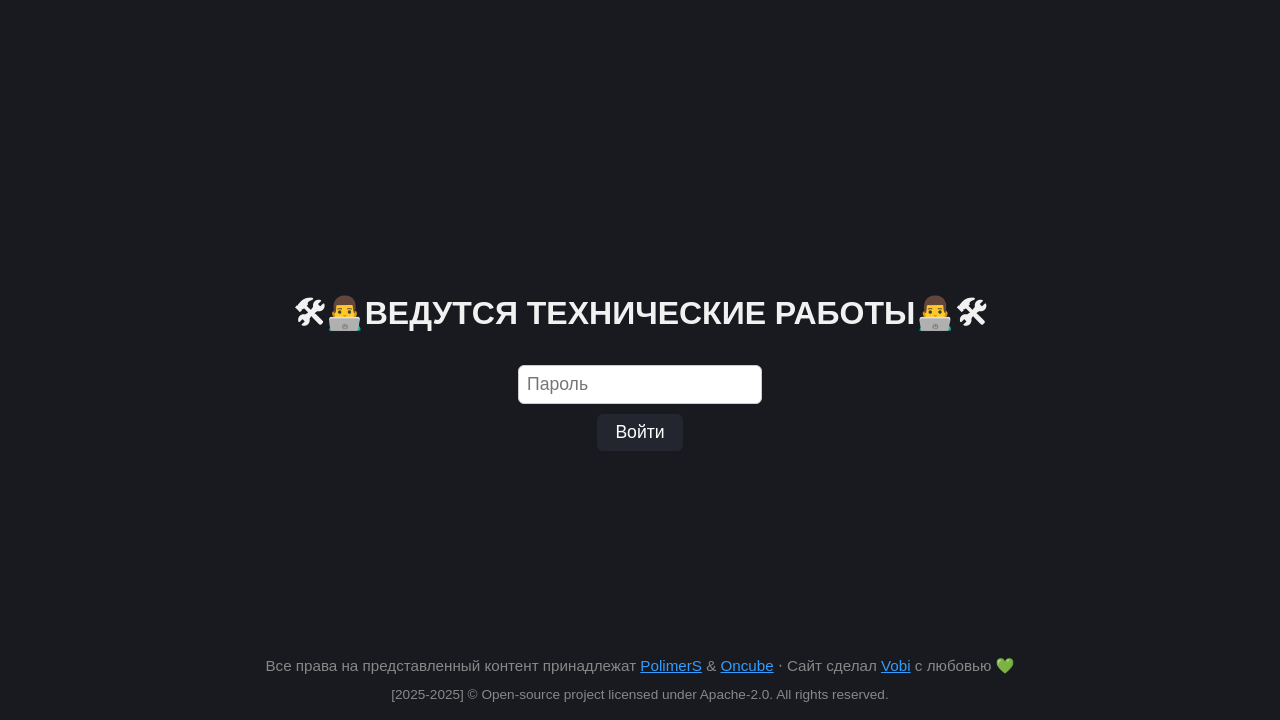
Repository: oncube-dev/OnCube-dev_website
Page: files_for_hosting/html_plus_js.version/index.html
The author's editor kept a copy of each file at every save. The page is drawn from the files as they stood at one save, then again after the next save.
The browser window is 1280 px wide. The pictures show the whole page.

Above is the page before, as saved 2025-07-28 16:09:36.

After the next save:
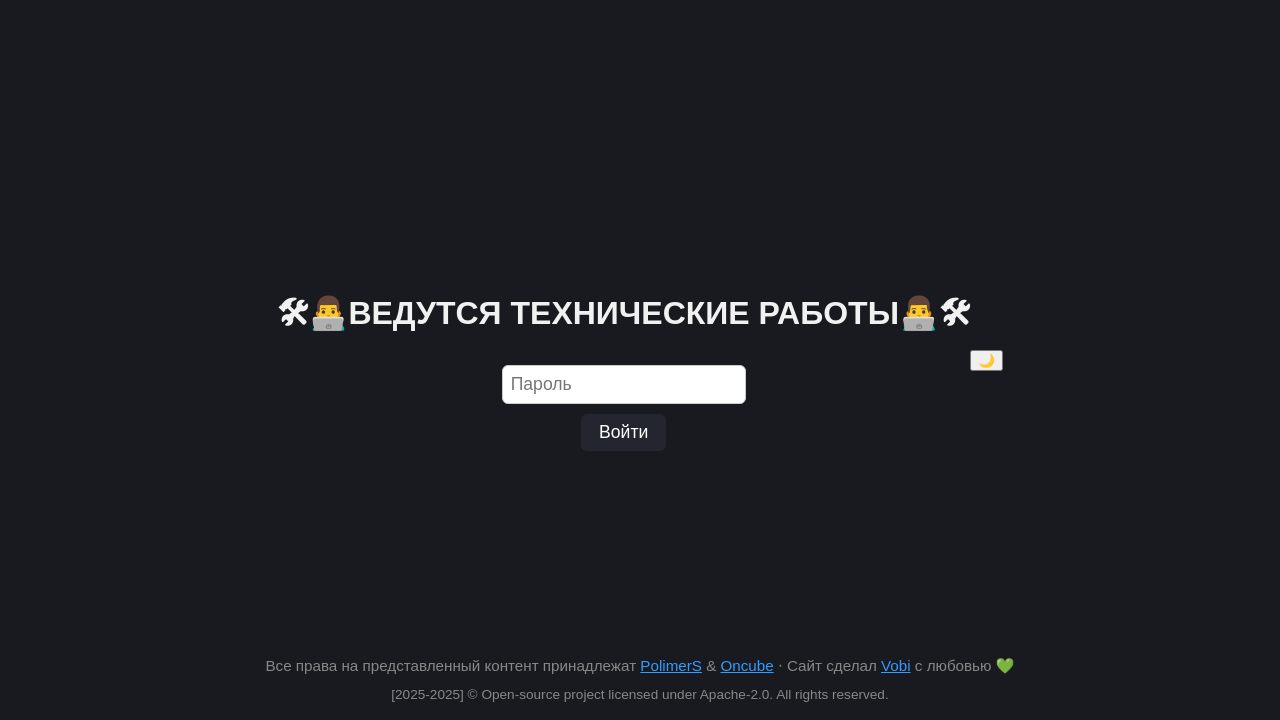
Saved 48 s later.
--- a/files_for_hosting/html_plus_js.version/index.html
+++ b/files_for_hosting/html_plus_js.version/index.html
@@ -57,6 +57,7 @@
             <div id="timer">Загрузка...</div>
         </div>
     </div>
+    <button id="theme-toggle" class="theme-toggle-btn" title="Переключить тему">🌙</button>
     <footer class="footer-note">
         Все права на представленный контент принадлежат <a href="https://www.youtube.com/@PolimerS" target="_blank" style="text-decoration:underline;">PolimerS</a> & <a href="https://github.com/oncube-dev" target="_blank" style="text-decoration:underline;">Oncube</a> ⋅ Сайт сделал <a href="https://vobi.bio.link/" target="_blank" style="text-decoration:underline;">Vobi</a> с любовью 💚
     </footer>

After the save that followed:
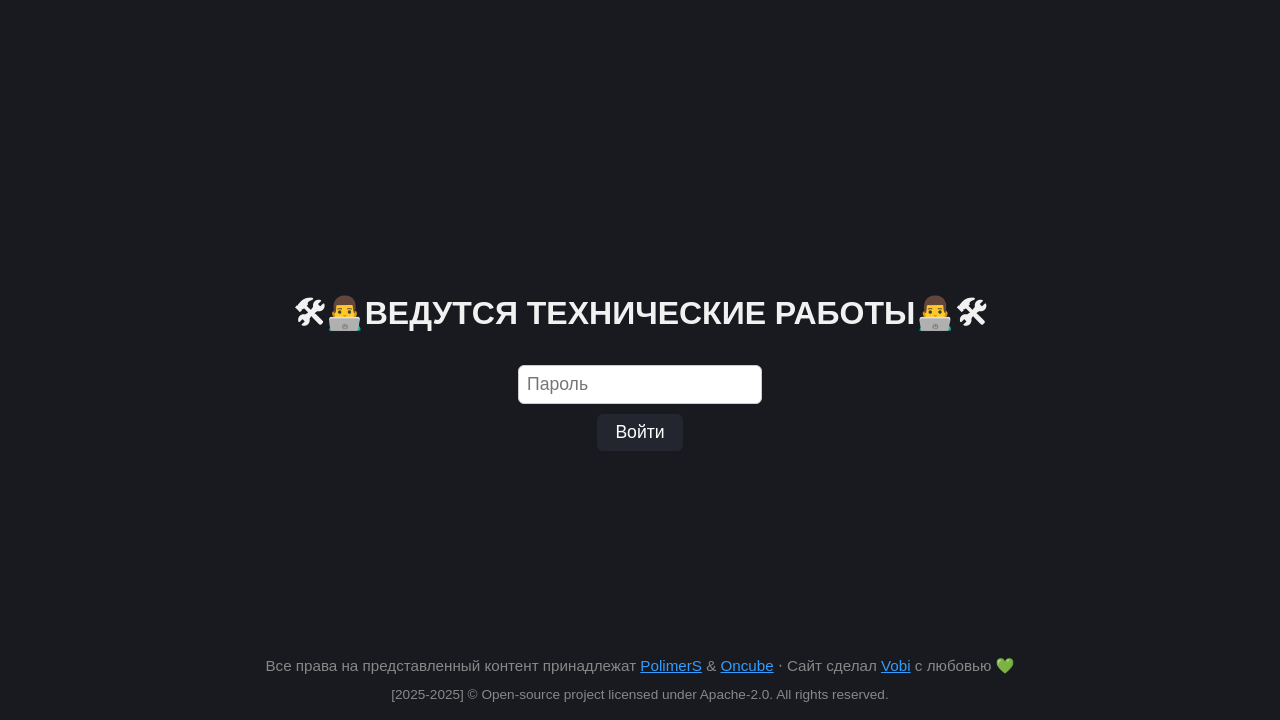
Saved 9 s later.
--- a/files_for_hosting/html_plus_js.version/index.html
+++ b/files_for_hosting/html_plus_js.version/index.html
@@ -57,7 +57,6 @@
             <div id="timer">Загрузка...</div>
         </div>
     </div>
-    <button id="theme-toggle" class="theme-toggle-btn" title="Переключить тему">🌙</button>
     <footer class="footer-note">
         Все права на представленный контент принадлежат <a href="https://www.youtube.com/@PolimerS" target="_blank" style="text-decoration:underline;">PolimerS</a> & <a href="https://github.com/oncube-dev" target="_blank" style="text-decoration:underline;">Oncube</a> ⋅ Сайт сделал <a href="https://vobi.bio.link/" target="_blank" style="text-decoration:underline;">Vobi</a> с любовью 💚
     </footer>
